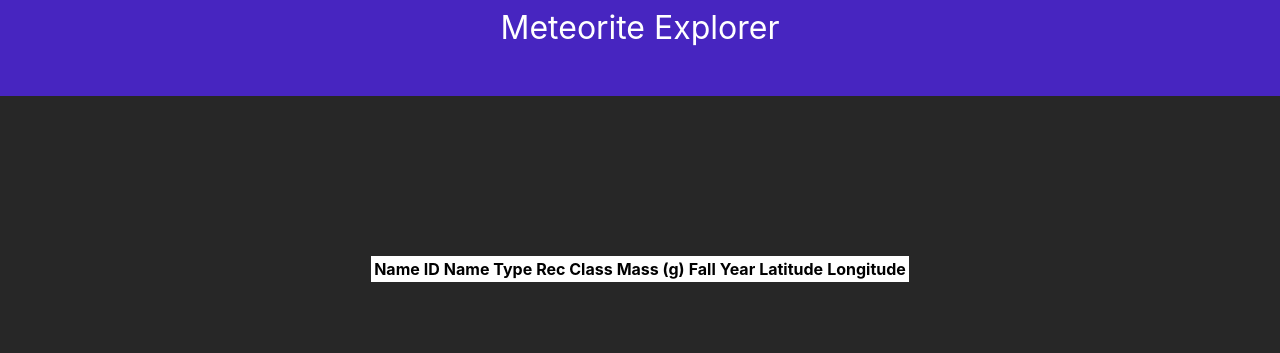
Repository: Tsardines/meteorite-explorer
Page: / (app in meteorite-explorer/)
The author's editor kept a copy of each file at every save. The page is drawn from the files as they stood at one save, then again after the next save.
The browser window is 1280 px wide. The pictures show the whole page.
The page's requests for data from a server got no answer. The project was rebuilt for these pictures with package versions that can differ from the ones it lists, and the page was loaded fresh each time. No one was signed in, and anything a server would have sent is missing.

Above is the page before, as saved 2019-05-27 16:42:31.

After the next save:
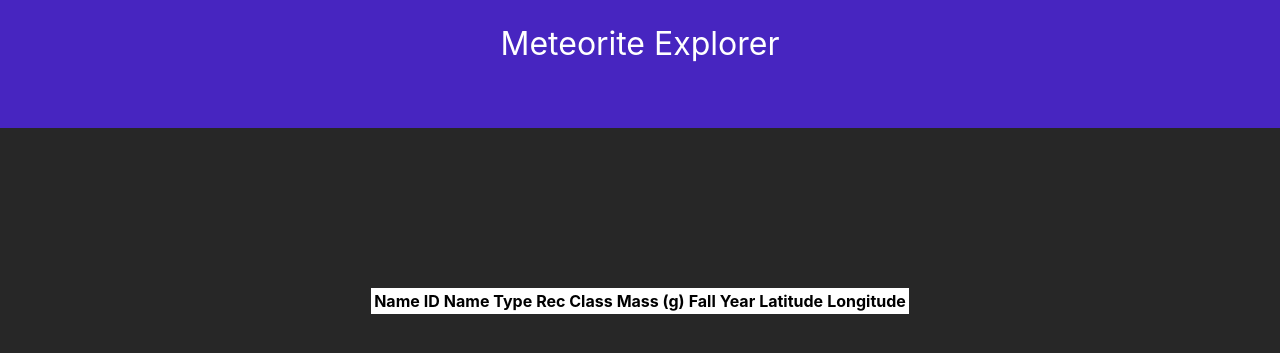
Saved 5 s later.
--- a/meteorite-explorer/src/App.css
+++ b/meteorite-explorer/src/App.css
@@ -7,7 +7,7 @@ body {
   color: white;
   font-size: 2rem;
   height: 5rem;
-  padding: 0.5rem 0;
+  padding: 1.5rem 0;
   text-align: center;
 }
 
